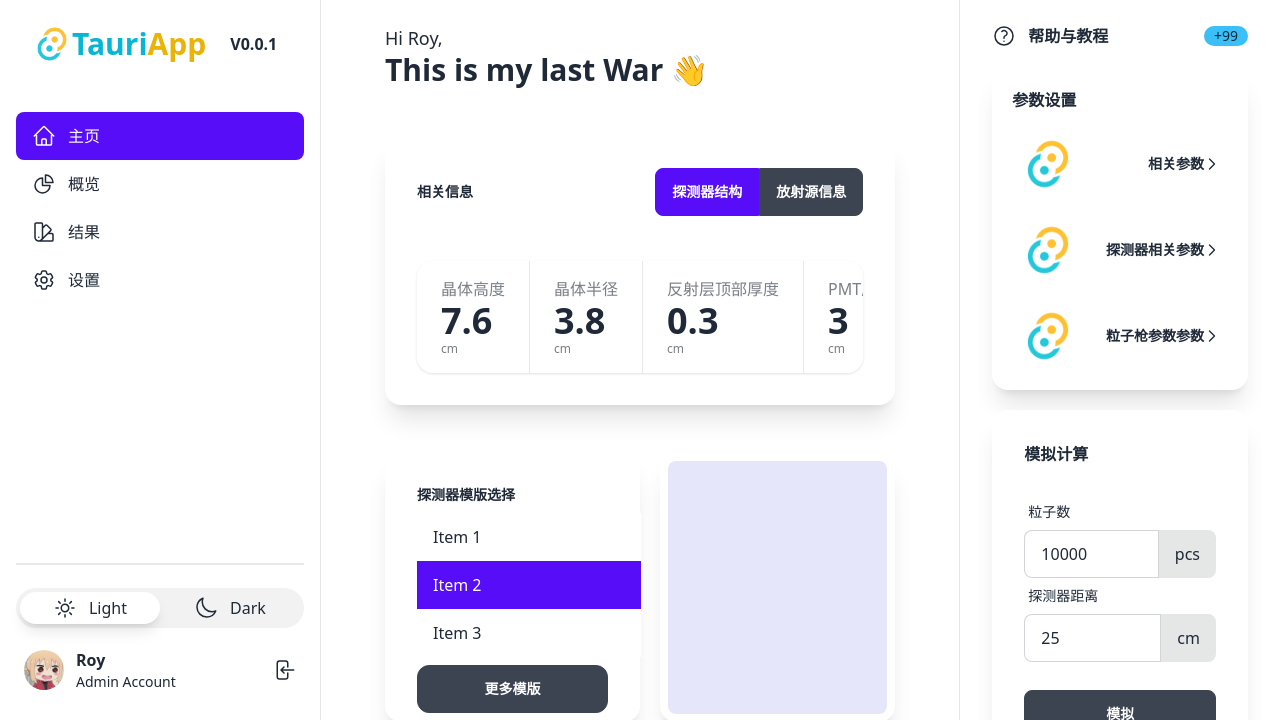
Repository: XMZOVO/tauri-geant4
Page: /
These files come from the project's save history. The page is drawn as it stood at one moment and after the next save; the edit follows.
The browser window is 1280 px wide. The pictures show the whole page.
The page's requests for data from a server got no answer. An inner scrolling area shows only its first screen. The project was rebuilt for these pictures with package versions that can differ from the ones it lists, and the page was loaded fresh each time. No one was signed in, and anything a server would have sent is missing. Also part of the build but not shown: vite.config.ts.

Above is the page before, as saved 2022-09-11 19:15:50.

After the next save:
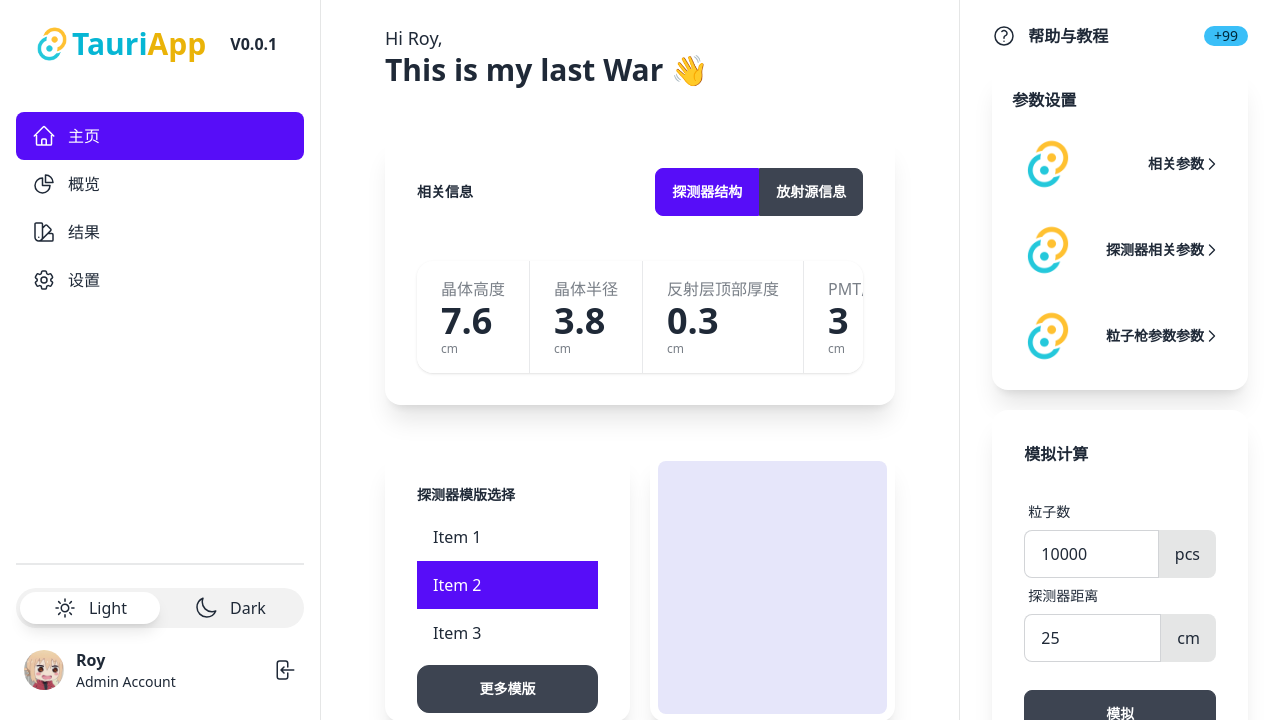
Saved 11 s later.
--- a/src/components/Home.vue
+++ b/src/components/Home.vue
@@ -187,7 +187,7 @@ const exitApp = async () => {
           <div class="card-body">
             <p class="text-sm font-semibold">探测器模版选择</p>
             <!-- item -->
-            <ul class="menu w-56 bg-base-100">
+            <ul class="menu w-56 w-full bg-base-100">
               <li><a>Item 1</a></li>
               <li><a class="active">Item 2</a></li>
               <li><a>Item 3</a></li>
